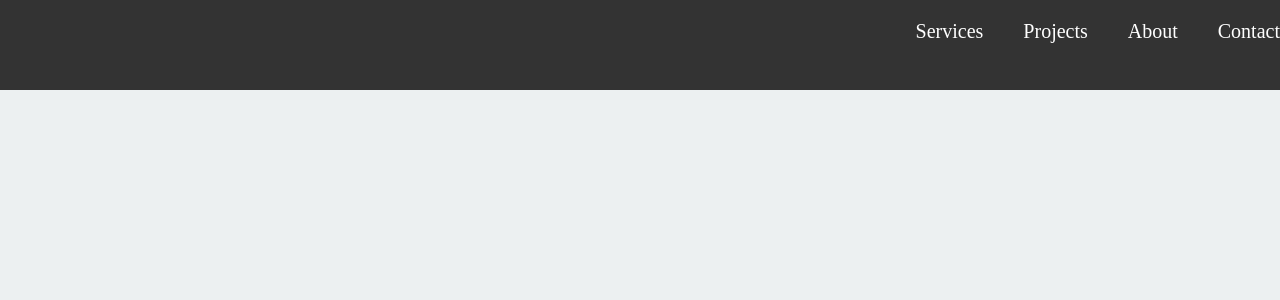
Repository: arifshahriyarnader/css-flexbox
Page: Exercise 1/index.html
The author's editor kept a copy of each file at every save. The page is drawn from the files as they stood at one save, then again after the next save.
The browser window is 1280 px wide. The pictures show the whole page.

Above is the page before, as saved 2024-06-15 15:53:09.

After the next save:
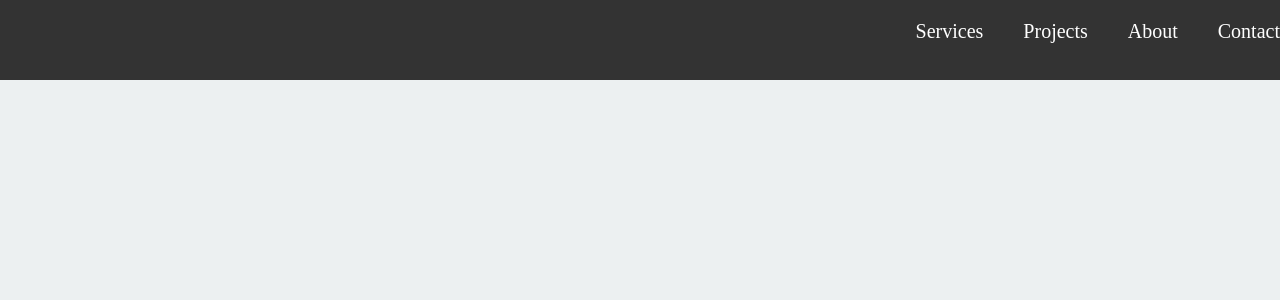
Saved 6 s later.
--- a/Exercise 1/css/style.css
+++ b/Exercise 1/css/style.css
@@ -14,7 +14,7 @@
 }
 .menubar_sec{
     background-color:#333333;
-    min-height: 50px;
+    min-height: 40px;
     /* margin: 70px; */
     padding:20px 0px;
     display:flex;
